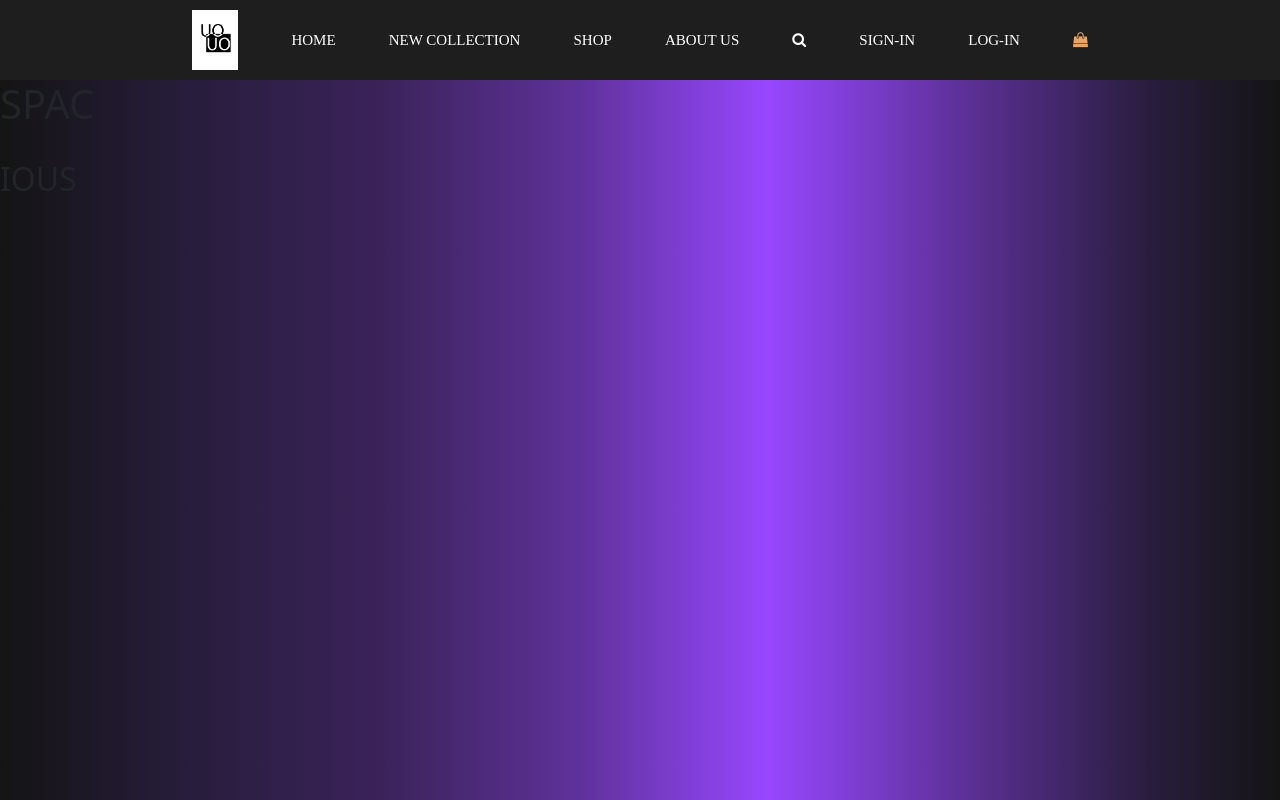
Repository: go23rishu/BagsWebsite
Page: home.html
The author's editor kept a copy of each file at every save. The page is drawn from the files as they stood at one save, then again after the next save.
The browser window is 1280 px wide. The pictures show the whole page.
Some web fonts or font styles are not loaded; a fallback is used. Some web libraries are served in a nearby version.

Above is the page before, as saved 2023-06-21 13:54:29.

### home.html
<!DOCTYPE html>
<html lang="en">

<head>
    <meta charset="UTF-8">
    <meta name="viewport" content="width=device-width, initial-scale=1.0">
    <title>Home | Bags</title>
    <link rel="stylesheet"
        href="https://cdn.jsdelivr.net/npm/@fortawesome/fontawesome-free@6.2.1/css/fontawesome.min.css"
        integrity="sha384-QYIZto+st3yW+o8+5OHfT6S482Zsvz2WfOzpFSXMF9zqeLcFV0/wlZpMtyFcZALm" crossorigin="anonymous">
    <!-- Latest compiled and minified CSS -->
    <link href="https://cdn.jsdelivr.net/npm/bootstrap@5.2.3/dist/css/bootstrap.min.css" rel="stylesheet">
    <!-- Latest compiled JavaScript -->
    <script src="https://cdn.jsdelivr.net/npm/bootstrap@5.2.3/dist/js/bootstrap.bundle.min.js"></script>
    <link rel="stylesheet" href="https://cdnjs.cloudflare.com/ajax/libs/font-awesome/4.7.0/css/font-awesome.min.css">
    <link rel="stylesheet" href="./style.css">
    <link rel="preconnect" href="https://fonts.googleapis.com">
    <link rel="preconnect" href="https://fonts.gstatic.com" crossorigin>
    <link rel="preconnect" href="https://fonts.googleapis.com">
    <link rel="preconnect" href="https://fonts.gstatic.com" crossorigin>
    <link
        href="https://fonts.googleapis.com/css2?family=Italiana&family=Kumbh+Sans:wght@200;300;400;500;600;700;800;900&display=swap"
        rel="stylesheet">
    <link href="https://fonts.googleapis.com/css2?family=Italiana&display=swap" rel="stylesheet">
    <link rel="stylesheet" href="//maxcdn.bootstrapcdn.com/font-awesome/4.3.0/css/font-awesome.min.css">
    <link rel="stylesheet" href="./productpage.css">
    <link rel="stylesheet" href="./home.css">
</head>

<body>
    <nav class="navbar navbar-home">
        <img src="assets/BAG-LOGO.png" alt="" class="logo">
        <a href="" class="nav-links">HOME</a>
        <a href="" class="nav-links">NEW COLLECTION</a>
        <a href="" class="nav-links">SHOP</a>
        <a href="" class="nav-links">ABOUT US</a>
        <a href="" class="nav-links"><i class="fa fa-search" aria-hidden="true"></i></a>
        <a href="" class="nav-links">SIGN-IN</a>
        <a href="" class="nav-links">LOG-IN</a>
        <a href="" class="nav-links"><i class="fa fa-shopping-bag" style="color:#E6A467;" aria-hidden="true"></i></a>
    </nav>
    <div class="home-header">
        <div class="home-header-bags">
            <h1>SPAC</h1>
            <img src="" />
            <h2>IOUS</h2>
        </div>
    </div>

</body>

</html>

### style.css
* {
  margin: 0;
  padding: 0;
  box-sizing: border-box;
}
body {
  height: 100vh;
  overflow-x: hidden;
}

/* Navbar Styling */
.navbar {
  background-color: #971b1b;
  padding: 10px 15vw;
}
.navbar img {
  height: 60px;
  width: auto;
  background-color: white;
  padding-top: -50px;
}
.navbar a {
  font-family: "Italiana", serif;
  font-size: 15px;
  color: white;
  text-decoration: none;
  font-weight: lighter;
}
/* Header styling */
.header {
  background-color: #971b1b;
  height: 100vh;
}
.saletag {
  display: flex;
}
.saletag h1 {
  font-size: 10rem;
  color: #971b1b;
  font-family: "Italiana", serif;
  font-family: "Kumbh Sans", sans-serif;
  margin-top: 25px;
  font-weight: 700;
  margin-left: 150px;
  white-space: nowrap;
  position: absolute;
  text-transform: uppercase;
  text-shadow: -1px 5px 6px rgba(0, 0, 0, 0.6);
  -webkit-animation: mymove 5s linear infinite; /* Safari 4.0 - 8.0 */
  white-space: nowrap;
  /* animation: mymove 8s linear infinite alternate; */
}
@keyframes mymove {
  from {
    left: 1000px;
  }
  to {
    left: -500px;
  }
}
/* Limited Offers styling */
.limited-offers {
  display: flex;
  height: 110px;
  padding: 20px 5vw;
  justify-content: space-between;
  margin-top: 150px;
}
.limited-offers .limited-tag h2 {
  font-family: "Kumbh Sans", sans-serif;
  font-weight: 600;
  font-size: 3rem;
  letter-spacing: 3px;
}
.limited-circles {
  display: flex;
}
.limited-circles .small-circle {
  height: 70px;
  width: 70px;
  background-color: rgb(248, 82, 110);
  border-radius: 50%;
  margin-left: 2vw;
}
iframe {
  width: 100vw;
  height: 100%;
  margin-top: 150px;
}

/* Footer styling */
.footer {
  background-color: rgb(31, 30, 30);
  /* background-color: red; */
  color: white;
  font-family: "Kumbh Sans", sans-serif;
  list-style: none;
  display: flex;
  padding: 50px 50px;
  justify-content: space-evenly;
}
.footer .logo {
  display: flex;
  flex-direction: column;
  font-family: "Italiana", serif;
  font-size: 24px;
  letter-spacing: 7px;
}
.footer img {
  height: 90px;
  width: auto;
  background-color: white;
}
.footer ul {
  list-style: none;
}
.footer i {
  color: blueviolet;
  font-size: 20px;
}
.subscribe {
  display: flex;
  flex-direction: column;
}
ul li {
  font-size: 16px;
  font-weight: 200;
}
ul li:first-child {
  font-size: 18px;
  font-weight: 500;
  margin-bottom: 25px;
}
.social-media {
  display: flex;
  justify-content: space-evenly;
}
.subscribe h3 {
  font-size: 18px;
}
.subscribe h2 {
  font-size: 24px;
  font-weight: 600;
}
.subscribe input {
  border-radius: 5px;
  border: none;
  padding: 5px 5px;
}
.subscribe input::placeholder {
  font-size: 12px;
}
.subscribe button {
  background-color: blueviolet;
  width: 50%;
  font-size: 15px;
  color: white;
  font-weight: 500;
  border: none;
  border-radius: 5px;
  margin-top: 15px;
  padding: 10px 10px;
}

### productpage.css
.products {
  display: flex;
  flex-direction: column;
  font-family: "Kumbh Sans", sans-serif;
}
.product {
  display: flex;
  background-color: pink;
  justify-content: stretch;
  /* z-index: 999; */
  height: 520px;
  position: relative;
}
.products img {
  height: 450px;
  position: absolute;
  right: 20%;
  /* filter: drop-shadow(-16px 100px 80px #0000005d); */
}
.product-details {
  width: 50%;
  padding: 15vh 14vw;
}
.product-image {
  width: 55%;
  position: relative;
}
.circle1 {
  position: absolute;
  background-color: rgb(248, 82, 110);
  height: 450px;
  width: 450px;
  border-radius: 50%;
  top: 5%;
  right: -10%;
}
.product h2 {
  color: white;
  font-size: 36px;
  font-weight: 800;
  letter-spacing: 1px;
}
.product p {
  font-weight: 500;
  font-size: 18px;
}
.rate {
  display: flex;
}
.price {
  display: flex;
  flex-direction: column;
}
.current-price {
  font-size: 36px;
  font-weight: bold;
}
.old-price {
  font-size: 34px;
  font-weight: 500;
}
.discount {
  color: maroon;
  margin-left: 20px;
  font-size: 32px;
  font-weight: bold;
}
.add-to-cart {
  color: white;
  background-color: rgb(248, 82, 110);
  border: none;
  font-size: 14px;
  padding: 8px 5px;
  width: 150px;
  border-radius: 5px;
  margin-top: 50px;
}
.circle2 {
  background-color: rgb(15, 175, 197);
  top: 0;
  left: 0;
  border-radius: 0 0 225px 225px;
  height: 225px;
  width: 450px;
  /* z-index: -1; */
}

.product2 {
  background-color: lightblue;
}
.add-to-cart2 {
  background-color: rgb(15, 175, 197);
}
.image2 {
  margin-top: 50px;
}
.product3 {
  background-color: lightgreen;
}
.circle3 {
  background-color: rgb(25, 195, 79);
}
.add-to-cart3 {
  background-color: rgb(25, 195, 79);
}

/* Sharing Icons Styling */
.share {
  display: flex;
  flex-direction: column;
  position: absolute;
  top: 20%;
  left: 5%;
  justify-content: start;
}
.share i {
  font-size: 18px;
  background-color: rgb(228, 227, 227);
  height: 50px;
  width: 50px;
  border: none;
  align-items: center;
  align-self: flex-start;
  border-radius: 50%;
  justify-content: center;
  padding: 18px 15px;
  margin-top: 20px;
}
.image3 img {
  height: 400px;
  margin-top: 50px;
}

### home.css
.navbar-home {
  background: #1e1e1e;
}
.home-header {
  height: 100vh;
  background: rgb(20, 20, 20);
  background: linear-gradient(
    90deg,
    rgba(20, 20, 20, 1) 0%,
    rgba(40, 29, 61, 1) 15%,
    rgba(59, 35, 90, 1) 30%,
    rgba(94, 49, 153, 1) 45%,
    rgba(151, 71, 255, 1) 60%,
    rgba(94, 49, 153, 1) 75%,
    rgba(40, 29, 61, 1) 90%,
    rgba(20, 20, 20, 1) 100%
  );
}

After the next save:
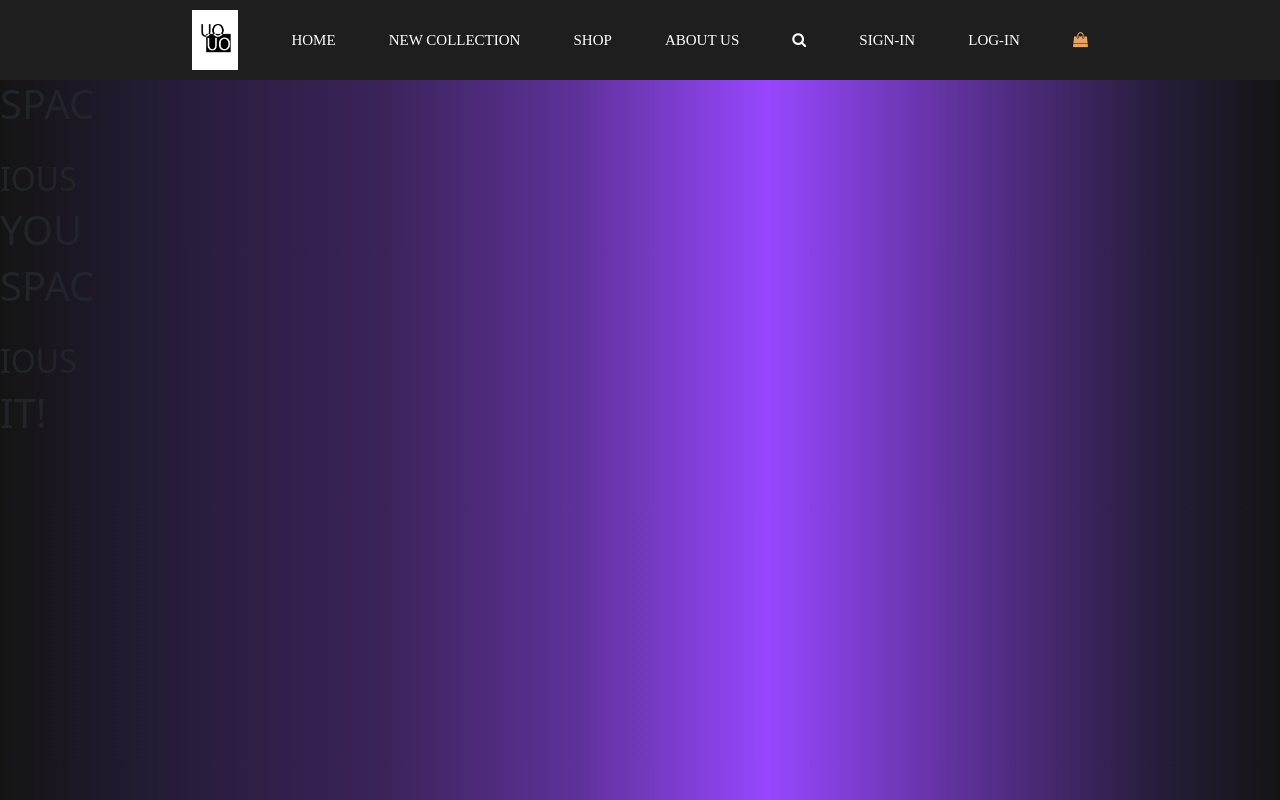
Saved 2 min 19 s later.
--- a/home.html
+++ b/home.html
@@ -45,6 +45,20 @@
             <img src="" />
             <h2>IOUS</h2>
         </div>
+        <div class="home-header-bags home-header-bags2">
+            <div id="you">
+                <h1>YOU</h1>
+            </div>
+            <div id="love">
+                <h1>SPAC</h1>
+                <img src="" />
+                <h2>IOUS</h2>
+            </div>
+            <div id="it">
+                <h1>IT!</h1>
+            </div>
+
+        </div>
     </div>
 
 </body>
